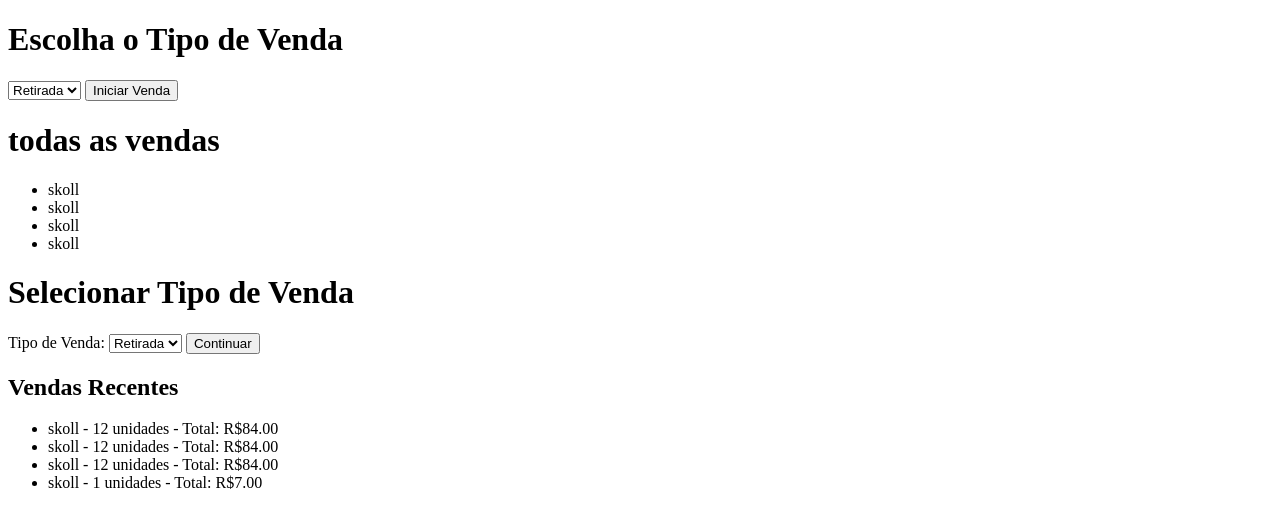
Repository: joaobatistafrontend/ven
Page: http://localhost/
These files come from the project's save history. The page is drawn as it stood at one moment and after the next save; the edit follows.
The browser window is 1280 px wide. The pictures show the whole page.
The page is served by the project's application, run on Django 4.2 (manage.py). The page reads the database file committed with the project.

Above is the page before, as saved 2024-08-20 14:36:59.

After the next save:
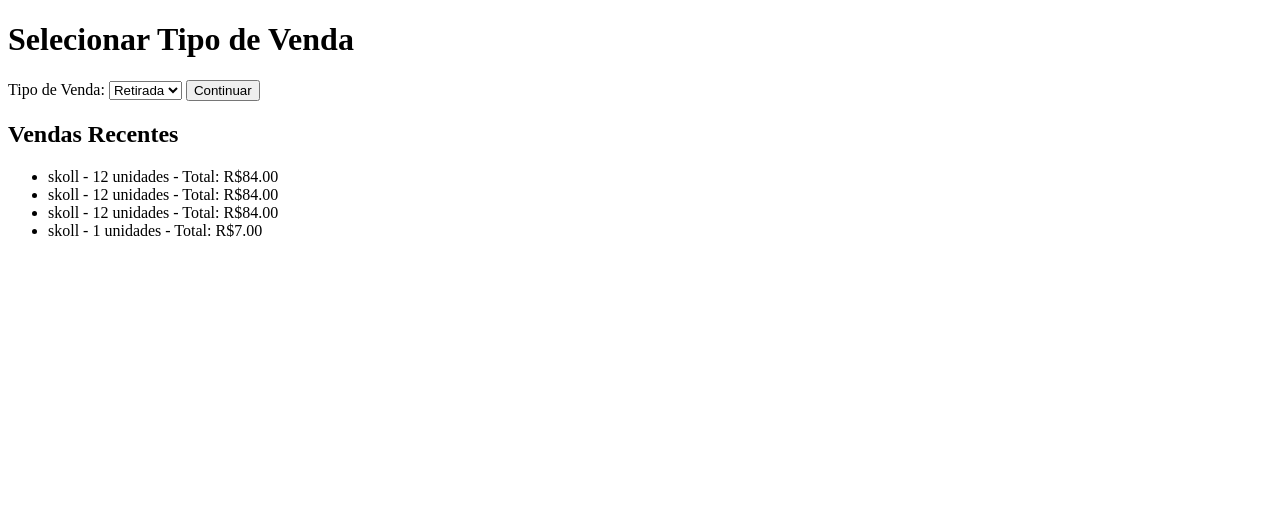
Saved 11 s later.
--- a/templates/index.html
+++ b/templates/index.html
@@ -1,30 +1,3 @@
-<!DOCTYPE html>
-<html lang="en">
-<head>
-    <meta charset="UTF-8">
-    <meta name="viewport" content="width=device-width, initial-scale=1.0">
-    <title>Document</title>
-</head>
-<body>
-    <h1>Escolha o Tipo de Venda</h1>
-    <form method="post">
-        {% csrf_token %}
-        <select name="tipo_venda">
-            {% for tipo in tipo_venda %}
-                <option value="{{ tipo.id }}">{{ tipo.tipo }}</option>
-            {% endfor %}
-        </select>
-        <button type="submit">Iniciar Venda</button>
-    </form>
-
-    <h1>todas as vendas </h1>
-    <ul>
-        {% for venda in todas_vendas %}
-            <li>{{venda.produto.nome_produto}}</li>
-        {% endfor %}
-    </ul>
-</body>
-</html>
 <!DOCTYPE html>
 <html lang="pt-BR">
 <head>
